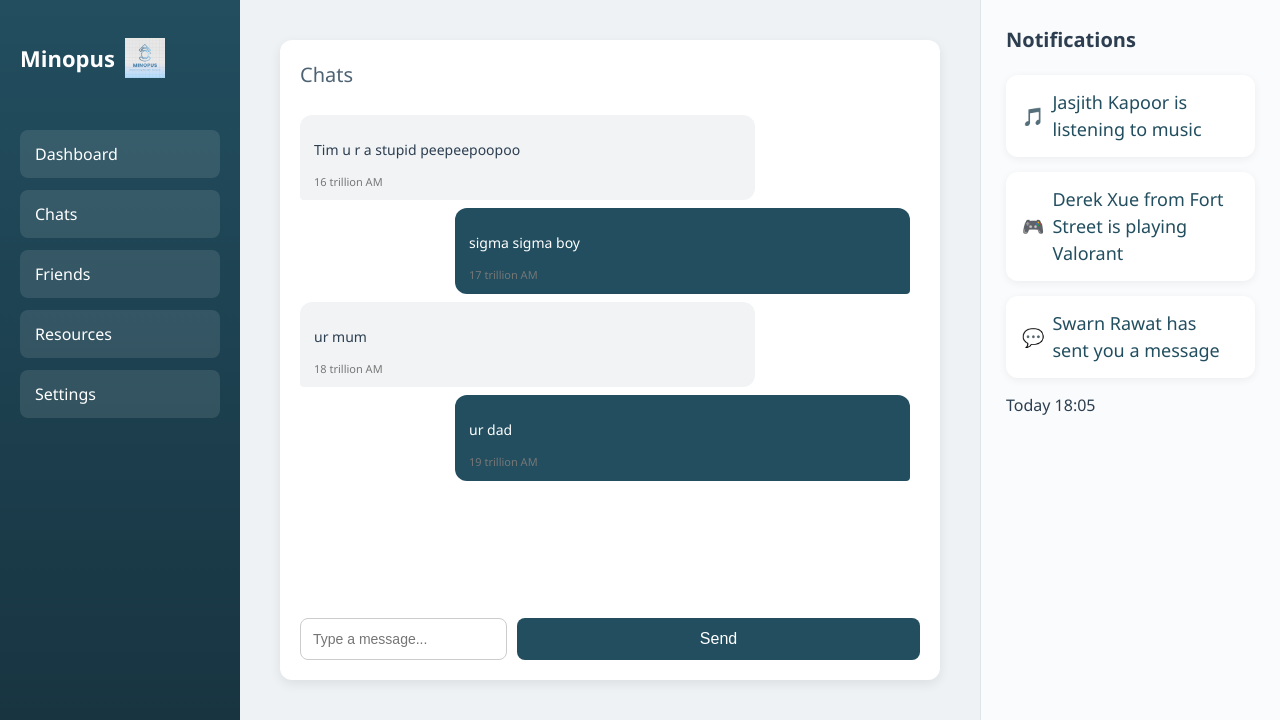
Repository: AUTemmie/Assessment-Task-3
Page: http://localhost/chat
These files come from the project's save history. The page is drawn as it stood at one moment and after the next save; the edit follows.
The browser window is 1280 px wide. The pictures show the whole page.
The page is served by the project's application, run on Flask 3 (main.py). The session is filled in as if someone had signed in: {"username": "Test User"}. Other server files are loaded and not shown.

Above is the page before, as saved 2025-09-29 11:58:53.

### templates/chat.html
{% extends 'layout.html' %} {% block content %}
<div class="chat-container">
  <h2>Chats</h2>

  <!-- Messages -->
  <div class="chat-box">
    <div class="message received">
      <p>Tim u r a stupid peepeepoopoo</p>
      <span class="time"> 16 trillion AM</span>
    </div>
    <div class="message sent">
      <p>sigma sigma boy</p>
      <span class="time">17 trillion AM</span>
    </div>
    <div class="message received">
      <p>ur mum</p>
      <span class="time">18 trillion AM</span>
    </div>
    <div class="message sent">
      <p>ur dad</p>
      <span class="time">19 trillion AM</span>
    </div>
  </div>

  <!-- Input -->
  <form class="chat-input" method="post" action="/send_message">
    <input
      type="text"
      name="message"
      placeholder="Type a message..."
      required
    />
    <button type="submit">Send</button>
  </form>
</div>
{% endblock %}

### templates/layout.html
<!DOCTYPE html>
<html lang="en">
  <head>
    <meta charset="UTF-8" />
    <meta name="viewport" content="width=device-width, initial-scale=1.0" />
    <meta http-equiv="X-UA-Compatible" content="ie=edge" />

    <!-- ✅ Allow inline scripts -->
    <meta
      http-equiv="Content-Security-Policy"
      content="script-src 'self' 'unsafe-inline';"
    />

    <link
      rel="stylesheet"
      href="{{ url_for('static', filename='css/style.css') }}"
    />
    <link
      rel="icon"
      type="image/x-icon"
      href="{{ url_for('static', filename='images/Favicon.png') }}"
    />
    <title>{% block title %}Minopus{% endblock %}</title>
  </head>
  <body class="theme-red {% if hide_layout %}no-sidebars{% endif %}">
    <div class="dashboard-grid">
      {% if not hide_layout %}
      <!-- Left Sidebar -->
      {% include "partials/sidebar.html" %} {% endif %}

      <!-- Main Content -->
      <main class="main-panel">{% block content %}{% endblock %}</main>

      {% if not hide_layout %}
      <!-- Right Sidebar -->
      {% include "partials/notifications.html" %} {% endif %}
    </div>

    <script src="{{ url_for('static', filename='js/app.js') }}"></script>
  </body>
</html>

### templates/partials/sidebar.html
<aside class="sidebar" aria-label="Main Navigation">
  <h2 class="logo">
    Minopus
    <img
      src="{{ url_for('static', filename='images/Favicon.png') }}"
      alt="Minopus logo"
      width="40"
      height="40"
    />
  </h2>

  <nav class="sidebar-nav">
    <ul>
      <li><a href="/">Dashboard</a></li>
      <li><a href="/chat">Chats</a></li>
      <li><a href="/friends">Friends</a></li>
      <li><a href="/resources">Resources</a></li>
      <li><a href="/settings">Settings</a></li>
    </ul>
  </nav>
</aside>

### templates/partials/notifications.html
<aside class="notifications" aria-label="User Notifications">
  <h2>Notifications</h2>
  <ul class="notification-list">
    <li>
      <span class="icon">🎵</span>
      <span class="text">Jasjith Kapoor is listening to music</span>
    </li>
    <li>
      <span class="icon">🎮</span>
      <span class="text">Derek Xue from Fort Street is playing Valorant</span>
    </li>
    <li>
      <span class="icon">💬</span>
      <span class="text">Swarn Rawat has sent you a message</span>
    </li>
  </ul>
  <footer class="timestamp">Today 18:05</footer>
</aside>

### main.py
from flask import Flask, render_template, request, redirect, session
import database_manager as dbHandler

app = Flask(__name__)
app.secret_key = "your-secret-key"  # needed for sessions

db = dbHandler.DBManager()  # create an instance


@app.route("/", methods=["GET"])
@app.route("/index.html", methods=["GET"])
def index():
    if "username" not in session:
        return redirect("/Login")

    user = db.get_user_by_first_name(session["username"])

    if not user:  # failsafe in case user not found
        return redirect("/Login")

    first_name = user["first_name"]
    last_name = user.get("last_name", "")  # default empty if missing

    return render_template("index.html", first_name=first_name, last_name=last_name)


@app.route("/chat")
def chat():
    return render_template("chat.html")


@app.route("/friends")
def friends():
    return render_template("friends.html")


@app.route("/resources")
def resources():
    return render_template("resource.html")


@app.route("/settings")
def settings():
    return render_template("settings.html")


@app.route("/Login", methods=["GET", "POST"])
def login():
    if request.method == "POST":
        username = request.form["username"]
        password = request.form["password"]

        user = db.get_user_by_first_name(username)

        if user:
            if password == user["password"]:
                # Store the first_name in session
                session["username"] = user["first_name"]
                return redirect("/")
            else:
                error = "Incorrect password"
        else:
            error = "Username not found"

        return render_template("Login.html", error=error, hide_layout=True)

    return render_template("Login.html", hide_layout=True)


if __name__ == "__main__":
    app.run(debug=True, host="0.0.0.0", port=5000)

### static/css/style.css
/* Reset + Base */
body {
  margin: 0;
  font-family: "Segoe UI", sans-serif;
  background-color: #eef2f5;
  color: #2c3e50;
  line-height: 1.5;
}

/* Grid Layout */
.dashboard-grid {
  display: grid;
  grid-template-columns: 240px 1fr 300px;
  grid-template-rows: 100vh;
  overflow: hidden;
}

/* Sidebar */
.sidebar {
  background: linear-gradient(180deg, #224e5f, #183441);
  color: #fff;
  padding: 20px;
  display: flex;
  flex-direction: column;
}

.sidebar .logo {
  display: flex;
  align-items: center;
  gap: 10px;
  font-size: 22px;
  font-weight: bold;
  margin-bottom: 40px;
}

.sidebar ul {
  list-style: none;
  padding: 0;
  margin: 0;
}

.sidebar li {
  margin: 12px 0;
}

.sidebar a {
  display: block;
  padding: 12px 15px;
  border-radius: 8px;
  text-decoration: none;
  background: rgba(255, 255, 255, 0.1);
  color: #fff;
  font-weight: 500;
  transition: 0.25s ease;
}

.sidebar a:hover {
  background: rgba(255, 255, 255, 0.25);
}

/* Main Panel */
.main-panel {
  display: flex;
  flex-direction: column;
  padding: 40px;
  background-color: #eef2f5;
  height: 100vh;
  box-sizing: border-box;
  overflow: hidden;
}

.main-panel h1 {
  margin: 0 0 20px;
  font-size: 28px;
  font-weight: 600;
}

.main-panel h2 {
  margin-top: 0;
  font-size: 20px;
  font-weight: 500;
  color: #4d6273;
}

/* Welcome Card */
.welcome-card {
  display: flex;
  justify-content: space-between;
  align-items: center;
  background: linear-gradient(135deg, #ffffff, #f9fbfc);
  border-radius: 16px;
  padding: 25px;
  margin-bottom: 20px;
  box-shadow: 0 4px 12px rgba(0, 0, 0, 0.08);
}

.welcome-card h2 {
  margin: 0 0 10px 0;
  font-size: 22px;
  font-weight: 600;
}

.welcome-card p {
  margin: 0;
  font-size: 14px;
  color: #4d6273;
}

.welcome-card img {
  height: 120px;
  border-radius: 12px;
  object-fit: cover;
}

/* Card Grid */
.card-grid {
  display: grid;
  grid-template-columns: repeat(auto-fit, minmax(280px, 1fr));
  gap: 20px;
  flex: 1;
  min-height: 0;
}

/* Cards */
.card {
  background: #ffffff;
  border-radius: 16px;
  padding: 20px;
  box-shadow: 0 4px 12px rgba(0, 0, 0, 0.08);
  display: flex;
  flex-direction: column;
  height: 100%;
  box-sizing: border-box;
}

.card h3 {
  margin-bottom: 15px;
  font-size: 18px;
  font-weight: 600;
  color: #2c3e50;
}

.card ul {
  list-style: none;
  padding: 0;
  margin: 0;
  flex: 1;
  overflow-y: auto;
}

.card li {
  margin-bottom: 10px;
  background: #f7f9fa;
  padding: 10px 12px;
  border-radius: 10px;
  font-size: 14px;
  color: #34495e;
  transition: transform 0.15s ease, box-shadow 0.15s ease;
}

.card li:hover {
  transform: translateY(-2px);
  box-shadow: 0 2px 8px rgba(0, 0, 0, 0.1);
}

/* Recent Card Links */
.card ul li a.resource-link {
  display: block;
  background: #3498db;
  color: #fff;
  padding: 10px 14px;
  border-radius: 10px;
  margin-bottom: 10px;
  text-decoration: none;
  transition: background 0.2s ease;
}

.card ul li a.resource-link:hover {
  background: #2980b9;
}

/* Friends Card Search Input */
.friend-search {
  width: 100%;
  padding: 10px 14px;
  margin-bottom: 15px;
  border: 1px solid #ccc;
  border-radius: 12px;
  font-size: 14px;
  box-sizing: border-box;
}

.friend-search:focus {
  outline: none;
  border-color: #224e5f;
  box-shadow: 0 0 5px rgba(34, 78, 95, 0.4);
}

/* Friends List Items */
.friends-list {
  list-style: none;
  padding: 0;
  margin: 0;
  flex: 1;
  overflow-y: auto;
}

.friend {
  display: flex;
  align-items: center;
  justify-content: space-between;
  background: #f7f9fa;
  padding: 12px 16px;
  margin-bottom: 12px;
  border-radius: 12px;
  font-size: 15px;
  color: #2c3e50;
}

.friend:hover {
  transform: translateY(-2px);
  box-shadow: 0 2px 8px rgba(0, 0, 0, 0.1);
}

/* Status Indicators */
.status-icon {
  display: inline-block;
  width: 14px;
  height: 14px;
  border-radius: 50%;
  margin-right: 10px;
  border: 2px solid #fff;
}

.friend.online .status-icon {
  background-color: #43b581;
}

.friend.offline .status-icon {
  background-color: #747f8d;
}

.friend .status {
  font-weight: bold;
}

.friend.online .status {
  color: #2ecc71;
}

.friend.offline .status {
  color: #e74c3c;
}

/* Notifications Panel */
.notifications {
  background: #fafbfc;
  padding: 25px;
  border-left: 1px solid #e0e4e7;
  display: flex;
  flex-direction: column;
  overflow-y: auto;
}

.notifications h2 {
  margin: 0 0 20px;
  font-size: 20px;
  font-weight: 600;
}

.notifications ul {
  list-style: none;
  padding: 0;
  margin: 0;
}

.notifications li {
  margin-bottom: 15px;
  background: #fff;
  padding: 14px 16px;
  border-radius: 12px;
  display: flex;
  align-items: center;
  justify-content: space-between;
  font-size: 14px;
  box-shadow: 0 2px 8px rgba(0, 0, 0, 0.06);
  transition: transform 0.2s ease;
}

.notifications li:hover {
  transform: translateY(-3px);
}

.notifications span {
  margin-right: 8px;
  font-size: 18px;
  color: #224e5f;
}

/* Chat Panel */
.chat-container {
  display: flex;
  flex-direction: column;
  height: 100%;
  background: #fff;
  border-radius: 12px;
  box-shadow: 0 4px 12px rgba(0, 0, 0, 0.08);
  padding: 20px;
}

.chat-box {
  flex: 1;
  overflow-y: auto;
  padding-right: 10px;
  margin-bottom: 15px;
}

.message {
  max-width: 70%;
  margin: 8px 0;
  padding: 10px 14px;
  border-radius: 12px;
  font-size: 14px;
  position: relative;
}

.message.sent {
  background: #224e5f;
  color: #fff;
  margin-left: auto;
  border-bottom-right-radius: 4px;
}

.message.received {
  background: #f1f3f5;
  color: #2c3e50;
  margin-right: auto;
  border-bottom-left-radius: 4px;
}

.message .time {
  display: block;
  font-size: 11px;
  color: #777;
  margin-top: 4px;
}

.chat-input {
  display: flex;
  gap: 10px;
}

.chat-input input {
  flex: 1;
  padding: 12px;
  border-radius: 8px;
  border: 1px solid #ccc;
  font-size: 14px;
}

.chat-input button {
  background: #224e5f;
  color: #fff;
  border: none;
  padding: 12px 18px;
  border-radius: 8px;
  cursor: pointer;
  transition: 0.2s ease;
}

.chat-input button:hover {
  background: #1a3b48;
}

/* Settings Page */
.settings-page {
  padding: 20px;
}

.page-title {
  margin-bottom: 20px;
}

.settings-content {
  background: #ffffff;
  border-radius: 12px;
  padding: 25px;
  box-shadow: 0 2px 6px rgba(0, 0, 0, 0.1);
  max-width: 600px;
}

.settings-content h3 {
  margin-bottom: 20px;
}

.settings-form {
  display: flex;
  flex-direction: column;
  gap: 18px;
}

.settings-form label {
  display: flex;
  flex-direction: column;
  font-size: 14px;
  color: #34495e;
}

.settings-form input {
  padding: 10px;
  margin-top: 6px;
  border: 1px solid #dcdde1;
  border-radius: 8px;
  outline: none;
}

.settings-form input:focus {
  border-color: #3498db;
}

.save-btn {
  padding: 12px;
  border: none;
  border-radius: 8px;
  background: #3498db;
  color: #fff;
  font-weight: bold;
  cursor: pointer;
  transition: background 0.2s;
}

.save-btn:hover {
  background: #2980b9;
}

.logout-link {
  display: inline-block;
  margin-top: 15px;
  color: #fff;
  background-color: #e74c3c;
  padding: 8px 12px;
  text-decoration: none;
  border-radius: 4px;
}

.logout-link:hover {
  background-color: #c0392b;
}

/* Resources Page */
.resources-container {
  display: flex;
  gap: 20px;
  flex-wrap: wrap;
  margin-top: 20px;
}

.resource-card {
  background-color: #f5f7fa;
  padding: 20px;
  border-radius: 12px;
  flex: 1 1 250px;
  box-shadow: 0 4px 6px rgba(0, 0, 0, 0.1);
}

.resource-card h3 {
  margin-top: 0;
  color: #2c3e50;
}

.resource-card p {
  color: #34495e;
  margin-bottom: 15px;
}

.resource-link {
  display: inline-block;
  text-decoration: none;
  background-color: #3498db;
  color: white;
  padding: 8px 12px;
  border-radius: 5px;
}

.resource-link:hover {
  background-color: #2980b9;
}

/* Login Page */

body.no-sidebars .dashboard-grid {
  grid-template-columns: 1fr; /* full width */
}

body.no-sidebars .sidebar,
body.no-sidebars .notifications {
  display: none !important;
}

.login-container {
  max-width: 400px;
  margin: 80px auto;
  background: #fff;
  padding: 30px;
  border-radius: 16px;
  box-shadow: 0 4px 12px rgba(0, 0, 0, 0.08);
  text-align: center;
}

.login-container h2 {
  margin-bottom: 20px;
  font-size: 24px;
  font-weight: 600;
  color: #224e5f;
}

.form-group {
  text-align: left;
  margin-bottom: 15px;
}

.form-group label {
  display: block;
  margin-bottom: 6px;
  font-size: 14px;
  font-weight: 500;
  color: #2c3e50;
}

.form-group input {
  width: 100%;
  padding: 12px;
  border-radius: 8px;
  border: 1px solid #ccc;
  font-size: 14px;
  box-sizing: border-box;
}

button[type="submit"] {
  width: 100%;
  padding: 12px;
  background: #224e5f;
  color: #fff;
  border: none;
  border-radius: 8px;
  font-size: 16px;
  font-weight: 500;
  cursor: pointer;
  transition: 0.25s ease;
}

button[type="submit"]:hover {
  background: #1a3b48;
}

.error {
  color: red;
  font-size: 14px;
  margin-bottom: 15px;
}

.signup-link {
  margin-top: 15px;
  font-size: 14px;
}

.signup-link a {
  color: #224e5f;
  text-decoration: none;
  font-weight: 500;
}

.signup-link a:hover {
  text-decoration: underline;
}

### static/js/app.js
if ("serviceworker" in navigator) {
  window.addEventListener("load", function () {
    navigator.serviceworker
      .register("static/js/serviceworker.js")
      .then((res) => console.log("service worker registered"))
      .catch((err) => console.log("service worker not registered", err));
  });
}

After the next save:
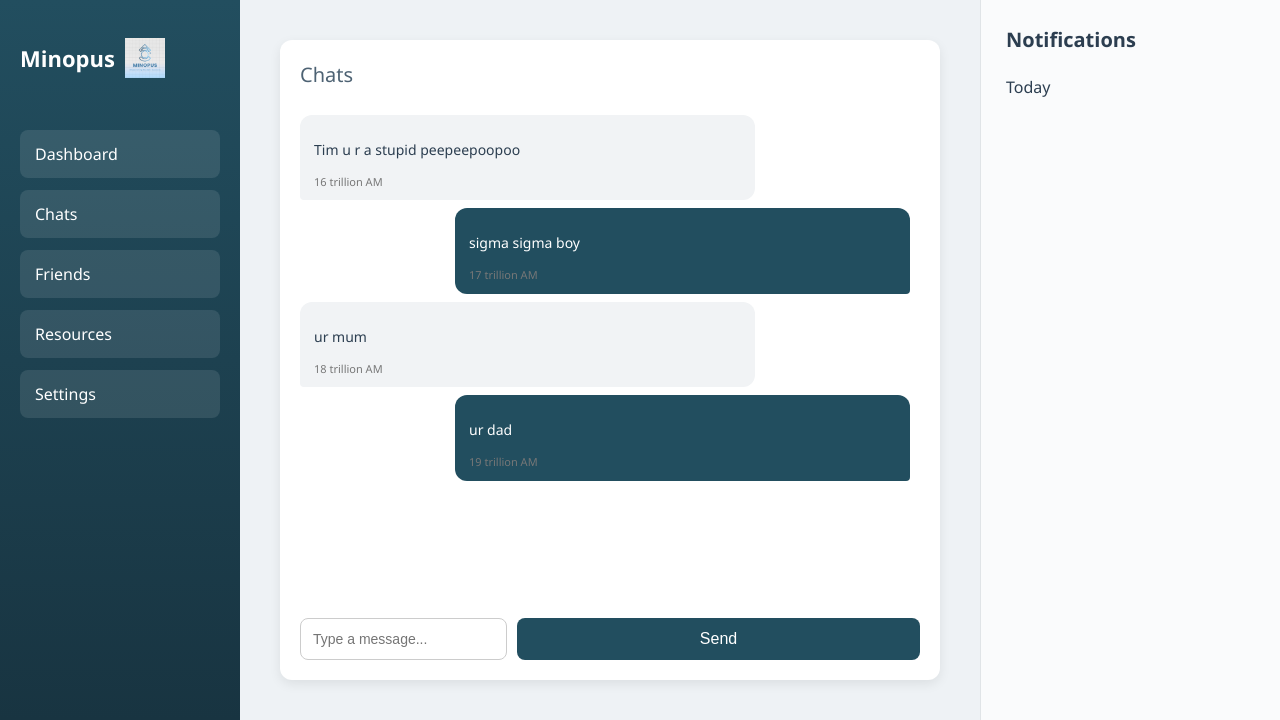
Saved 2 min 0 s later.
--- a/templates/partials/notifications.html
+++ b/templates/partials/notifications.html
@@ -1,18 +1,32 @@
 <aside class="notifications" aria-label="User Notifications">
   <h2>Notifications</h2>
   <ul class="notification-list">
+    {% for note in notifications %}
     <li>
+      {% if note.type == 'friend_request' %}
+      <span class="icon">👤</span>
+      <span class="text"> {{ note.from_user }} sent you a friend request </span>
+      <!-- Link to friends page or accept request -->
+      <a href="{{ url_for('friends_page') }}?user_id={{ note.from_user_id }}"
+        >View Profile</a
+      >
+      <a href="{{ url_for('accept_friend', friend_id=note.from_user_id) }}"
+        >Accept</a
+      >
+      {% elif note.type == 'music' %}
       <span class="icon">🎵</span>
-      <span class="text">Jasjith Kapoor is listening to music</span>
+      <span class="text">{{ note.from_user }} is listening to music</span>
+      {% elif note.type == 'game' %}
+      <span class="icon">🎮</span>
+      <span class="text"
+        >{{ note.from_user }} is playing {{ note.game_name }}</span
+      >
+      {% elif note.type == 'message' %}
+      <span class="icon">💬</span>
+      <span class="text">{{ note.from_user }} has sent you a message</span>
+      {% endif %}
     </li>
-    <li>
-      <span class="icon">🎮</span>
-      <span class="text">Derek Xue from Fort Street is playing Valorant</span>
-    </li>
-    <li>
-      <span class="icon">💬</span>
-      <span class="text">Swarn Rawat has sent you a message</span>
-    </li>
+    {% endfor %}
   </ul>
-  <footer class="timestamp">Today 18:05</footer>
+  <footer class="timestamp">Today {{ current_time }}</footer>
 </aside>
